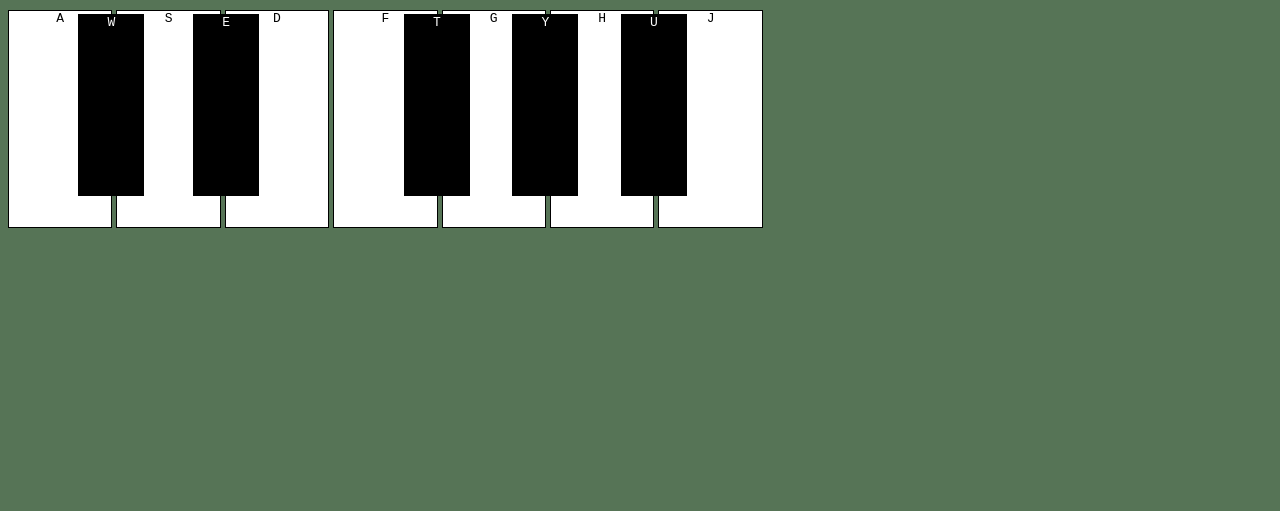
Repository: ctcoleman/Virtual-Piano
Page: index.html
The author's editor kept a copy of each file at every save. The page is drawn from the files as they stood at one save, then again after the next save.
The browser window is 1280 px wide. The pictures show the whole page.

Above is the page before, as saved 2020-07-20 09:08:15.

After the next save:
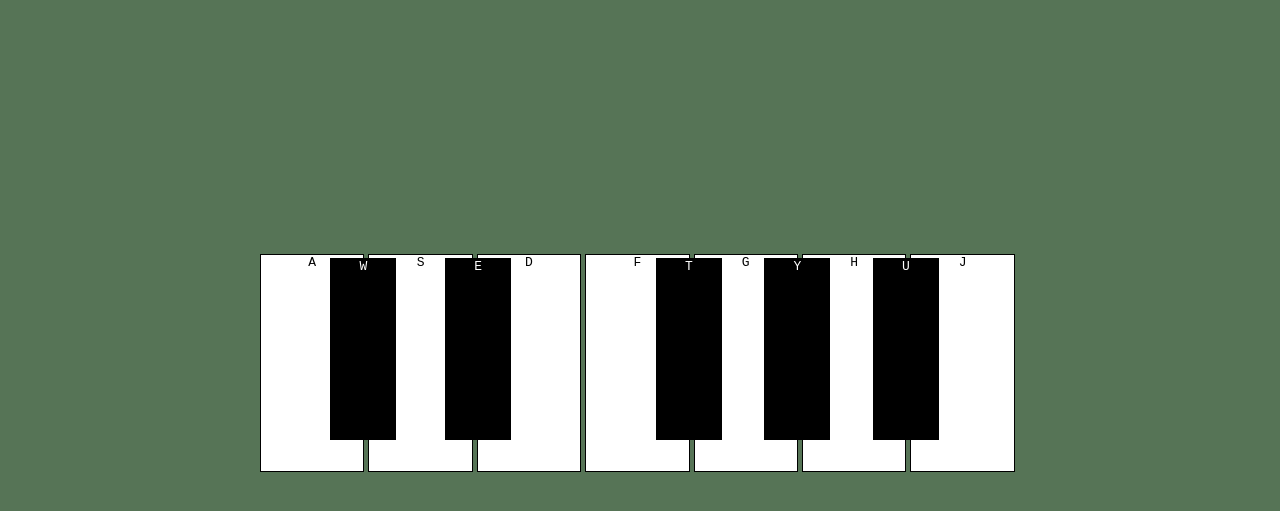
Saved 20 s later.
--- a/index.css
+++ b/index.css
@@ -14,7 +14,7 @@ html {
     position: relative;
     width:70vw;
     height: 30vh;
-    margin:
+    margin: 35vh
 }
 /*
 === White Keys Styling ===
